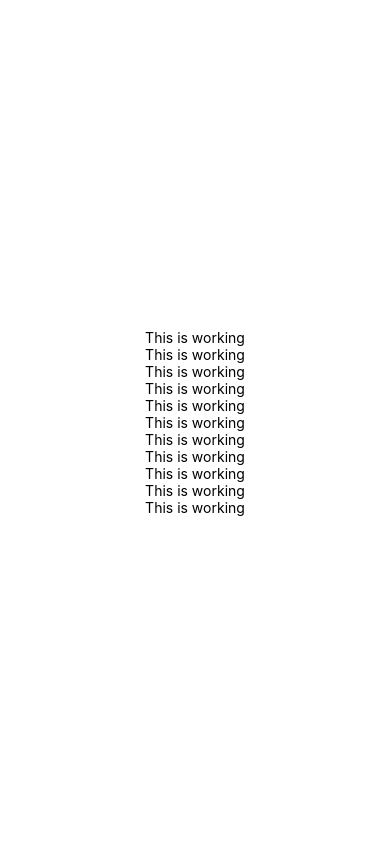
Repository: Rollo98/LocationTracker
Page: /
The author's editor kept a copy of each file at every save. The page is drawn from the files as they stood at one save, then again after the next save.
The browser window is 390 px wide. The pictures show the whole page.
The app was drawn by React Native's web renderer in a window 390 px wide. The project was rebuilt for these pictures with package versions that can differ from the ones it lists, and the page was loaded fresh each time.

Above is the page before, as saved 2019-03-09 00:04:38.

### App.js
import React from "react";
import { StyleSheet, Text, View } from "react-native";

export default class App extends React.Component {
  render() {
    return (
      <View style={styles.container}>
        <Text>This is working</Text>
        <Text>This is working</Text>
        <Text>This is working</Text>
        <Text>This is working</Text>
        <Text>This is working</Text>
        <Text>This is working</Text>
        <Text>This is working</Text>
        <Text>This is working</Text>
        <Text>This is working</Text>
        <Text>This is working</Text>
        <Text>This is working</Text>
      </View>
    );
  }
}

const styles = StyleSheet.create({
  container: {
    flex: 1,
    backgroundColor: "#fff",
    alignItems: "center",
    justifyContent: "center"
  }
});

After the next save:
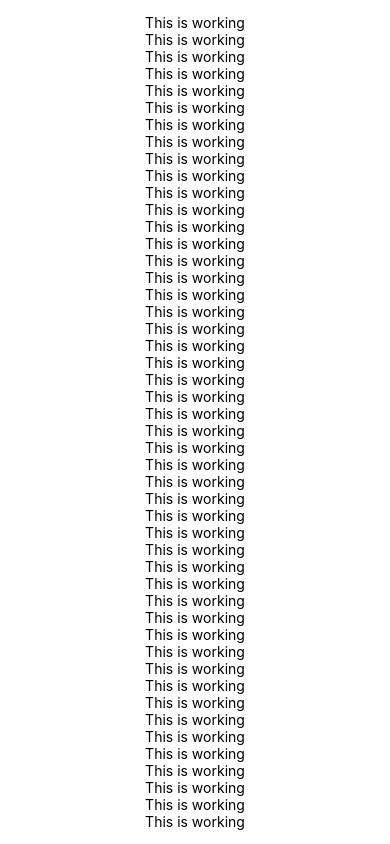
Saved 16 s later.
--- a/App.js
+++ b/App.js
@@ -5,6 +5,43 @@ export default class App extends React.Component {
   render() {
     return (
       <View style={styles.container}>
+        <Text>This is working</Text>
+        <Text>This is working</Text>
+        <Text>This is working</Text>
+        <Text>This is working</Text>
+        <Text>This is working</Text>
+        <Text>This is working</Text>
+        <Text>This is working</Text>
+        <Text>This is working</Text>
+        <Text>This is working</Text>
+        <Text>This is working</Text>
+        <Text>This is working</Text>
+        <Text>This is working</Text>
+        <Text>This is working</Text>
+        <Text>This is working</Text>
+        <Text>This is working</Text>
+        <Text>This is working</Text>
+        <Text>This is working</Text>
+        <Text>This is working</Text>
+        <Text>This is working</Text>
+        <Text>This is working</Text>
+        <Text>This is working</Text>
+        <Text>This is working</Text>
+        <Text>This is working</Text>
+        <Text>This is working</Text>
+        <Text>This is working</Text>
+        <Text>This is working</Text>
+        <Text>This is working</Text>
+        <Text>This is working</Text>
+        <Text>This is working</Text>
+        <Text>This is working</Text>
+        <Text>This is working</Text>
+        <Text>This is working</Text>
+        <Text>This is working</Text>
+        <Text>This is working</Text>
+        <Text>This is working</Text>
+        <Text>This is working</Text>
+        <Text>This is working</Text>
         <Text>This is working</Text>
         <Text>This is working</Text>
         <Text>This is working</Text>
